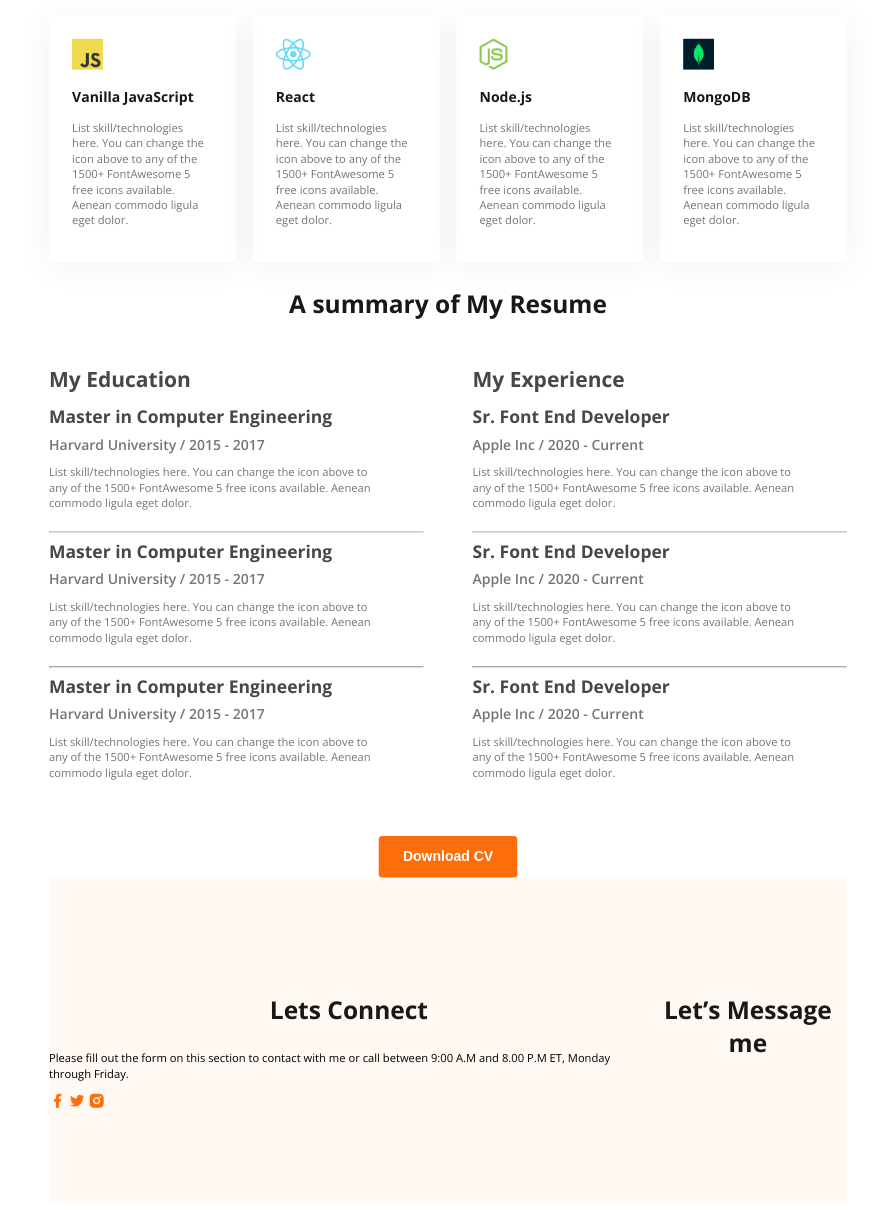
Repository: ShouravAhammed/Simple-Portfolio-Webpage
Page: index.html
These files come from the project's save history. The page is drawn as it stood at one moment and after the next save; the edit follows.
The browser window is 1280 px wide. The pictures show the part of the page from y = 1838 to 3758 px (the page is 3566 px tall before and 3758 px after), at 70% of full size.

Above is the page before, as saved 2024-01-06 03:46:59.

### index.html
<!DOCTYPE html>
<html lang="en">
<head>
    <meta charset="UTF-8">
    <meta name="viewport" content="width=device-width, initial-scale=1.0">
    <title>Mary</title>
    <link rel="stylesheet" href="index.css">
</head>
<body>
    <header class="header">
        <nav>
            <h3 class="nav-title">Ma<span class="text-primary">r</span>y</h3>
            <ul class="navber">
                <li><a href="">Portfolio</a></li>
                <li><a href="">Blog</a></li>
                <li><button class="btn-primary">Hire Me</button></li>
            </ul>
        </nav>
        <div class="banner">
            <div class="banner-content">
                <h3 class="banner-greeting">Hi, I  am</h3>
                <h1 class="banner-title">Mary Hardy</h1>
                <p class="banner-description">Shot what able cold new see hold.Friendly as an betrayed formerly he. Morning because as to society behaved moments.</p>
                <button class="btn-primary">Download</button>
                <button class="btn-primary">Contact</button>
            </div>
            <img class="profile-pic" src="images/hardy.png" alt="profile-pic">
        </div>
    </header>
    <main>
        <section class="about">
            <h3 class="section-title">About Me</h3>
            <p class="section-description">I, m a designer & developer with a passion for web design. I enjoy developing simple, clean and slick websites that provide real value to the end user. Thousands of clients have procured exceptional resulfs while working with me. Delivering work within time and budget which meets clients requirements in our mata.</p>
            <div class="about-info-container">
                <div class="about-info">
                    <h4 class="info-title">Name:</h4>
                    <p class="info-description">Mary Hardy</p>
                </div>
                <div class="about-info">
                    <h4 class="info-title">Email:</h4>
                    <p class="info-description">info@gmail.com</p>
                </div>
                <div class="about-info">
                    <h4 class="info-title">Date of birth:</h4>
                    <p class="info-description">11 November 1987</p>
                </div>
                <div class="about-info">
                    <h4 class="info-title">From:</h4>
                    <p class="info-description">Los Angeles, USA</p>
                </div>
            </div>
        </section>
        <!-- what i do section  -->
        <section>
            <h3 class="section-title">What I do</h3>
            <p id="what-i-do-description" class="section-description">I have more than 10 years experience building software for clients all over the world. Below is a quick overview of my main technical skill sets and technologies i use. Want to find out more about my experience? Check out my online resume and project portfolio.</p>
            <div class="skills-container">
                <div class="skills">
                    <img src="images/icons/js.png" alt="">
                    <h3 class="skills-title">Vanilla JavaScript</h3>
                    <p class="skills-description">List skill/technologies here. You can change the icon above to any of the 1500+ FontAwesome 5 free icons available. Aenean commodo ligula eget dolor.</p>
                </div>
                <div class="skills">
                    <img src="images/icons/react.png" alt="">
                    <h3 class="skills-title">React</h3>
                    <p class="skills-description">List skill/technologies here. You can change the icon above to any of the 1500+ FontAwesome 5 free icons available. Aenean commodo ligula eget dolor.</p>
                </div>
                <div class="skills">
                    <img src="images/icons/nodejs.png" alt="">
                    <h3 class="skills-title">Node.js</h3>
                    <p class="skills-description">List skill/technologies here. You can change the icon above to any of the 1500+ FontAwesome 5 free icons available. Aenean commodo ligula eget dolor.</p>
                </div>
                <div class="skills">
                    <img src="images/icons/mongo.png" alt="">
                    <h3 class="skills-title">MongoDB</h3>
                    <p class="skills-description">List skill/technologies here. You can change the icon above to any of the 1500+ FontAwesome 5 free icons available. Aenean commodo ligula eget dolor.</p>
                </div>
            </div>
        </section>
        <!-- Resume section -->
        <section>
            <h3 class="section-title">A summary of My Resume</h3>
            <div class="resume-container">
                <div class="resume-colum">
                    <h3 class="resume-column-title">My Education</h3>
                    <div class="resume-item">
                        <h3 class="resume-item-title">Master in Computer Engineering</h3>
                        <h4 class="resume-item-institute">Harvard University / 2015 - 2017</h4>
                        <p class="resume-item-description">List skill/technologies here. You can change the icon above
                            to any of the 1500+ FontAwesome 5 free icons available. Aenean commodo ligula eget dolor.</p>
                    </div>
                    <hr>
                    <div class="resume-item">
                        <h3 class="resume-item-title">Master in Computer Engineering</h3>
                        <h4 class="resume-item-institute">Harvard University / 2015 - 2017</h4>
                        <p class="resume-item-description">List skill/technologies here. You can change the icon above
                            to any of the 1500+ FontAwesome 5 free icons available. Aenean commodo ligula eget dolor.</p>
                    </div>
                    <hr>
                    <div class="resume-item">
                        <h3 class="resume-item-title">Master in Computer Engineering</h3>
                        <h4 class="resume-item-institute">Harvard University / 2015 - 2017</h4>
                        <p class="resume-item-description">List skill/technologies here. You can change the icon above
                            to any of the 1500+ FontAwesome 5 free icons available. Aenean commodo ligula eget dolor.</p>
                    </div>
                </div>
                <div class="resume-colum">
                    <h3 class="resume-column-title">My Experience</h3>
                    <div class="resume-item">
                        <h3 class="resume-item-title">Sr. Font End Developer</h3>
                        <h4 class="resume-item-institute">Apple Inc / 2020 - Current</h4>
                        <p class="resume-item-description">List skill/technologies here. You can change the icon above
                            to any of the 1500+ FontAwesome 5 free icons available. Aenean commodo ligula eget dolor.</p>
                    </div>
                    <hr>
                    <div class="resume-item">
                        <h3 class="resume-item-title">Sr. Font End Developer</h3>
                        <h4 class="resume-item-institute">Apple Inc / 2020 - Current</h4>
                        <p class="resume-item-description">List skill/technologies here. You can change the icon above
                            to any of the 1500+ FontAwesome 5 free icons available. Aenean commodo ligula eget dolor.</p>
                    </div>
                    <hr>
                    <div class="resume-item">
                        <h3 class="resume-item-title">Sr. Font End Developer</h3>
                        <h4 class="resume-item-institute">Apple Inc / 2020 - Current</h4>
                        <p class="resume-item-description">List skill/technologies here. You can change the icon above
                            to any of the 1500+ FontAwesome 5 free icons available. Aenean commodo ligula eget dolor.</p>
                    </div>
                </div>
            </div>
            <div class="download-cv">
                <button class="btn-primary">Download CV</button>
            </div>
        </section>
    </main>
    <footer>
        <div class="footer-column">
            <h3 class="section-title">Lets Connect</h3>
            <p class="footer-description">Please fill out the form on this section to contact with me or call between 9:00 A.M and 8.00 P.M ET, Monday through Friday.</p>
            <div class="social-link">
                <a href=""><img src="images/icons/facebook.png" alt="facebook"></a>
                <a href=""><img src="images/icons/twitter.png" alt="twitter"></a>
                <a href=""><img src="images/icons/insta.png" alt="insta"></a>
            </div>
        </div>
        <div class="footer-column">
            <h3 class="section-title">Let’s Message me</h3>
        </div>

    </footer>
</body>
</html>

### index.css
@import url('https://fonts.googleapis.com/css2?family=Lato:ital,wght@0,100;0,300;0,400;0,700;0,900;1,100;1,300;1,400;1,700;1,900&display=swap');
@import url('https://fonts.googleapis.com/css2?family=Open+Sans:ital,wght@0,300;0,400;0,500;0,600;0,700;0,800;1,300;1,400;1,500;1,600;1,700;1,800&display=swap');
/* google fonts import */
/* *{
    margin: 0;
    padding: 0;
    outline: 0;
} */
ul, ol{
    list-style: none;
}
body{
    font-family: 'Open Sans', sans-serif;
}
.text-primary{
    color: #FD6E0A;
}
.btn-primary{
    border-radius: 5px;
    color: #fff;
    background: #FD6E0A;
    font-size: 20px;
    font-weight: 700;
    padding: 18px 35px;
    border: 0;
}

/* nav related style */
nav{
    display: flex;
    justify-content: space-between;
    align-items: center;
    margin: 0 200px;
}
.nav-title{
    color: #181818;
    font-size: 45px;
    font-weight: 800;
}
nav > ul{
    display: flex;
    align-items: center;
}
nav li{
    margin-right: 50px;
}
nav a{
    text-decoration: none;
    color: #474747;
}
/* header related style */
.header{
    background: #FFF8F3;
    background-image: url(images/header_bg.png);
    background-position: bottom right;
    background-repeat: no-repeat;
}
.banner{
    display: flex;
    justify-content: space-between;
    padding: 30px 30px 0px 150px;
    align-items: center;
}
.banner-content{
    max-width: 580px;
}
.banner .profile-pic{
    width: 500px;
}
.banner-greeting{
    color: #474747;
    font-size: 45px;
    margin-bottom: 0;
}
.banner-title{
    color: #181818;
    font-size: 85px;
    font-weight: 700;
    margin-top: 5px;
    margin-bottom: 20px;
}
.banner-description{
    color: #575757;
    font-size: 18px;
    font-weight: 400;
    margin-bottom: 20px;
}
/* main part style */
main{
    max-width: 1140px;
    margin: 0 auto;
}
/* about part style */
.about{
    border-radius: 10px;
    background: #FFF8F3;
    margin: 130px 0px;
    padding: 130px 155px;
}
.section-title{
    color: #181818;
    text-align: center;
    font-size: 35px;
    font-weight: 700;
}
.section-description{
    color: #757575;
    text-align: center;
    font-size: 18px;
    font-weight: 400;
}
.about-info-container{
    display: flex;
    justify-content: space-around;
}
.about-info{
    text-align: center;
}
.info-title{
    color:  #757575;
    text-align: center;
    font-size: 20px;
    font-weight: 400;
    margin-bottom: 0px;
}
.info-description{
    color:#474747;
    font-size: 20px;
    font-weight: 700;
    margin-top: 10px;
}
#what-i-do-description{
    padding: 30px 150px;
}
/* what i do section style */
.skills-container{
    display: flex;
    gap: 24px;
}
.skills{
    border-radius: 5px;
    box-shadow: 0px 6px 50px 0px rgba(0, 0, 0, 0.06);
    padding: 33px
}
.skills-title{
    color: #181818;
    font-size: 20px;
    font-weight: 700;
}
.skills-description{
    color:#757575;
    font-size: 16px;
    font-weight: 400;
}
/* Resume sectionpart start */
.resume-container{
    display: flex;
    gap: 70px;
}
.resume-container hr{
    background: #d1d1d1;
    height: 0.1px;
}
.resume-column-title{
    color:#474747;
    font-size: 30px;
    font-weight: 700;
    margin-bottom: 15px;
}
.resume-item-title{
    color: #474747;
    font-size: 25px;
    font-weight: 700;
    margin-top: 0px;
    margin-bottom: 10px;
}
.resume-item-institute{
    color: #757575;
    font-size: 20px;
    font-weight: 600;
    margin-top: 0px;
    margin-bottom: 15px;
}
.resume-item-description{
    color: #757575;
    font-size: 16px;
    font-weight: 400;
    margin-top: 10px;
    margin-bottom: 30px;
    padding-right: 50px;
}
.download-cv{
    text-align: center;
    margin-top: 50px;
}
/* footer part style */
footer{
    display: flex;
    background: #fff8f3;
    padding: 130px 0;
    max-width: 1140px;
    margin: 0 auto;
}

After the next save:
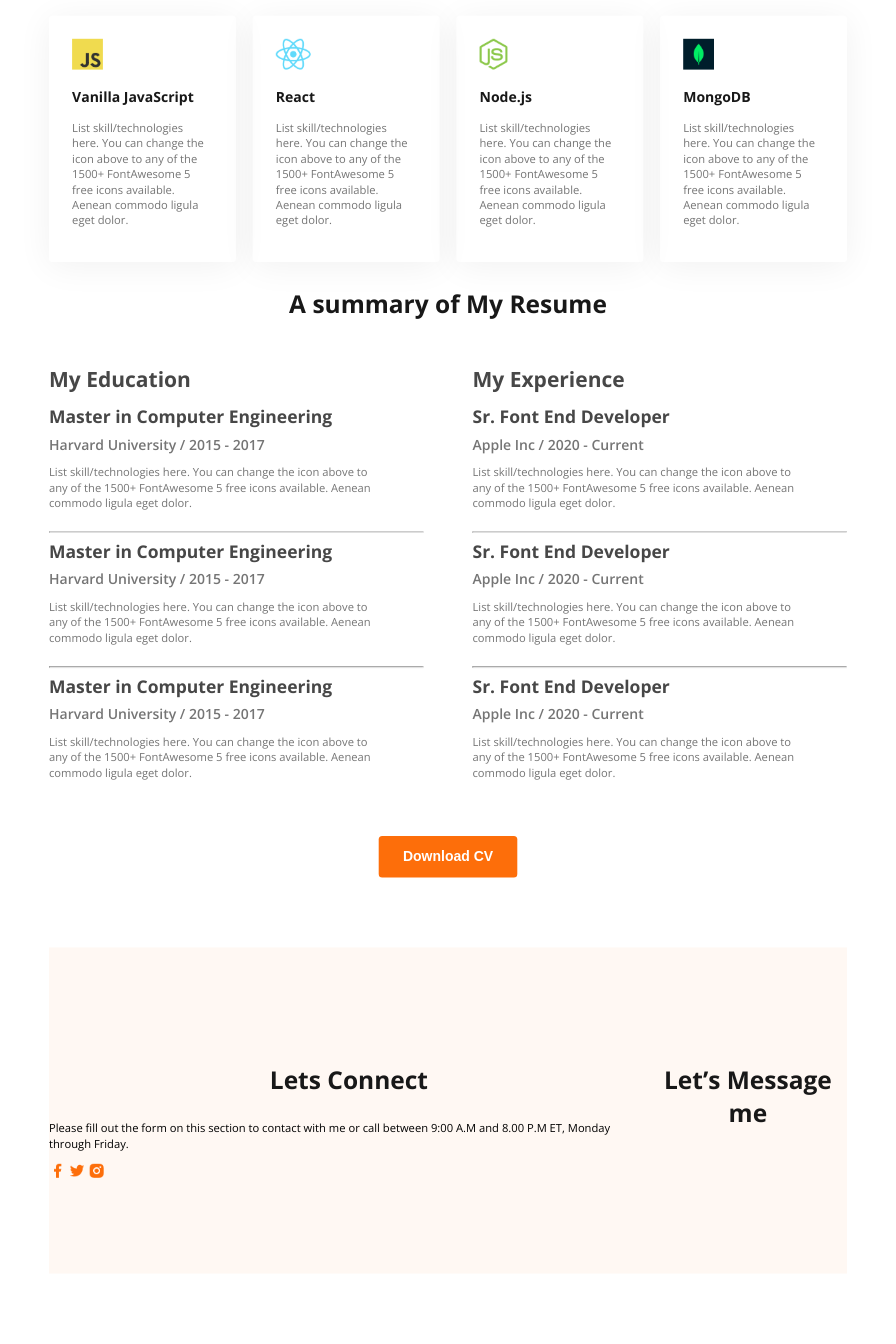
Saved 17 s later.
--- a/index.css
+++ b/index.css
@@ -199,5 +199,5 @@ footer{
     background: #fff8f3;
     padding: 130px 0;
     max-width: 1140px;
-    margin: 0 auto;
-}
+    margin: 100px auto;
+}
